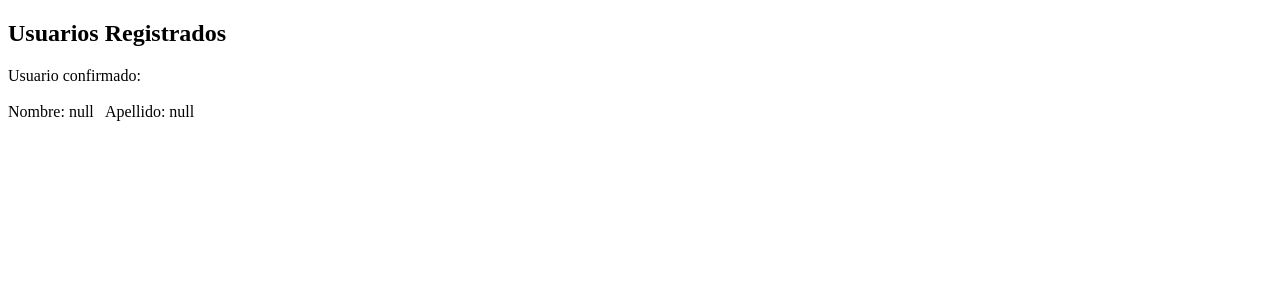
Repository: FernandoJFernandez/Curso-java-2022
Page: http://localhost/Primeros_pasos_JSP/Registro.jsp
The author's editor kept a copy of each file at every save. The page is drawn from the files as they stood at one save, then again after the next save.
The browser window is 1280 px wide. The pictures show the whole page.
The page is served by Tomcat 9. Other server files are loaded and not shown.

Above is the page before, as saved 2023-04-24 07:33:20.

### Primeros_pasos_JSP/src/main/webapp/Registro.jsp
<%@ page language="java" contentType="text/html; charset=UTF-8"
    pageEncoding="UTF-8"%>
<!DOCTYPE html>
<html>
<head>
	<meta charset="UTF-8">
	<title>Video 233: Formulario de registro</title>
</head>
<body>
	<h2>Usuarios Registrados</h2>
	Usuario confirmado:<br/><br/>
	Nombre: <%= request.getParameter("nombre") %> &nbsp;
	Apellido: <%= request.getParameter("apellido") %>
</body>
</html>

### Primeros_pasos_JSP/src/main/webapp/Fecha.jsp
Fecha: <%= new java.util.Date() %>

After the next save:
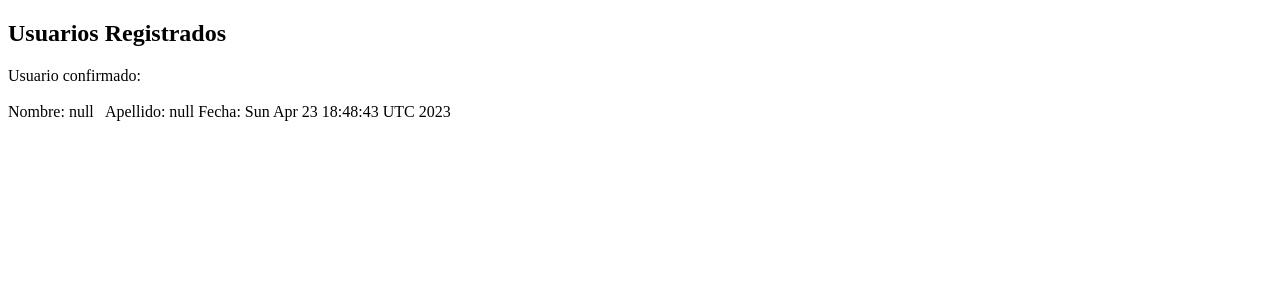
Saved 51 s later.
--- a/Primeros_pasos_JSP/src/main/webapp/Registro.jsp
+++ b/Primeros_pasos_JSP/src/main/webapp/Registro.jsp
@@ -11,5 +11,7 @@
 	Usuario confirmado:<br/><br/>
 	Nombre: <%= request.getParameter("nombre") %> &nbsp;
 	Apellido: <%= request.getParameter("apellido") %>
+
+	<jsp:include page="Fecha.jsp"></jsp:include>
 </body>
 </html>
